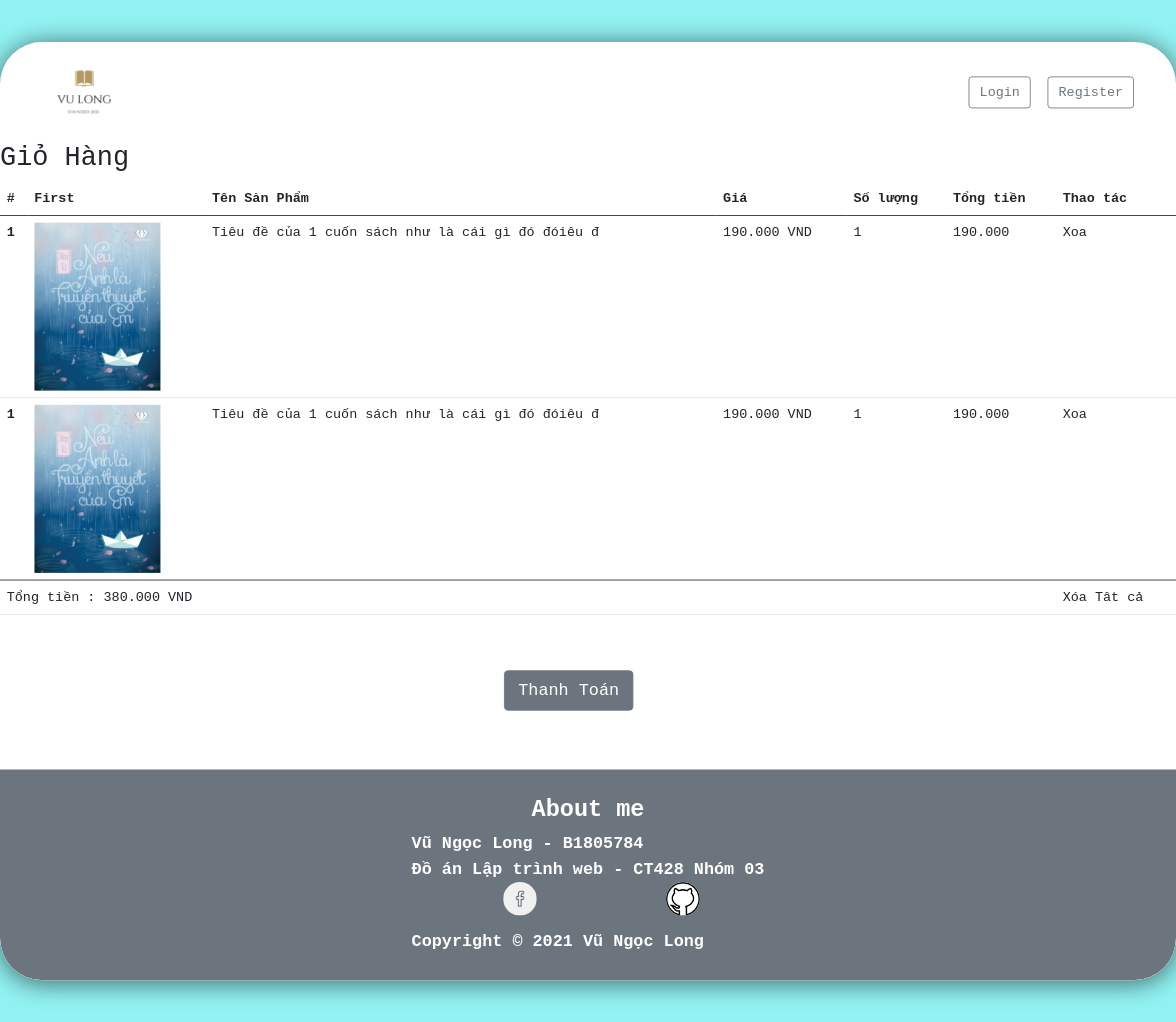
Repository: VuNgocLong2626/exercise_web_CT428
Page: VuNgocLongB1805784/user/giohang.html
The author's editor kept a copy of each file at every save. The page is drawn from the files as they stood at one save, then again after the next save.
The browser window is 1280 px wide. The page is 1400 px wide, so the pictures cover 1400 px, including what lies to the right of the window. The pictures show the whole page, at 84% of full size.

Above is the page before, as saved 2021-10-05 14:38:12.

After the next save:
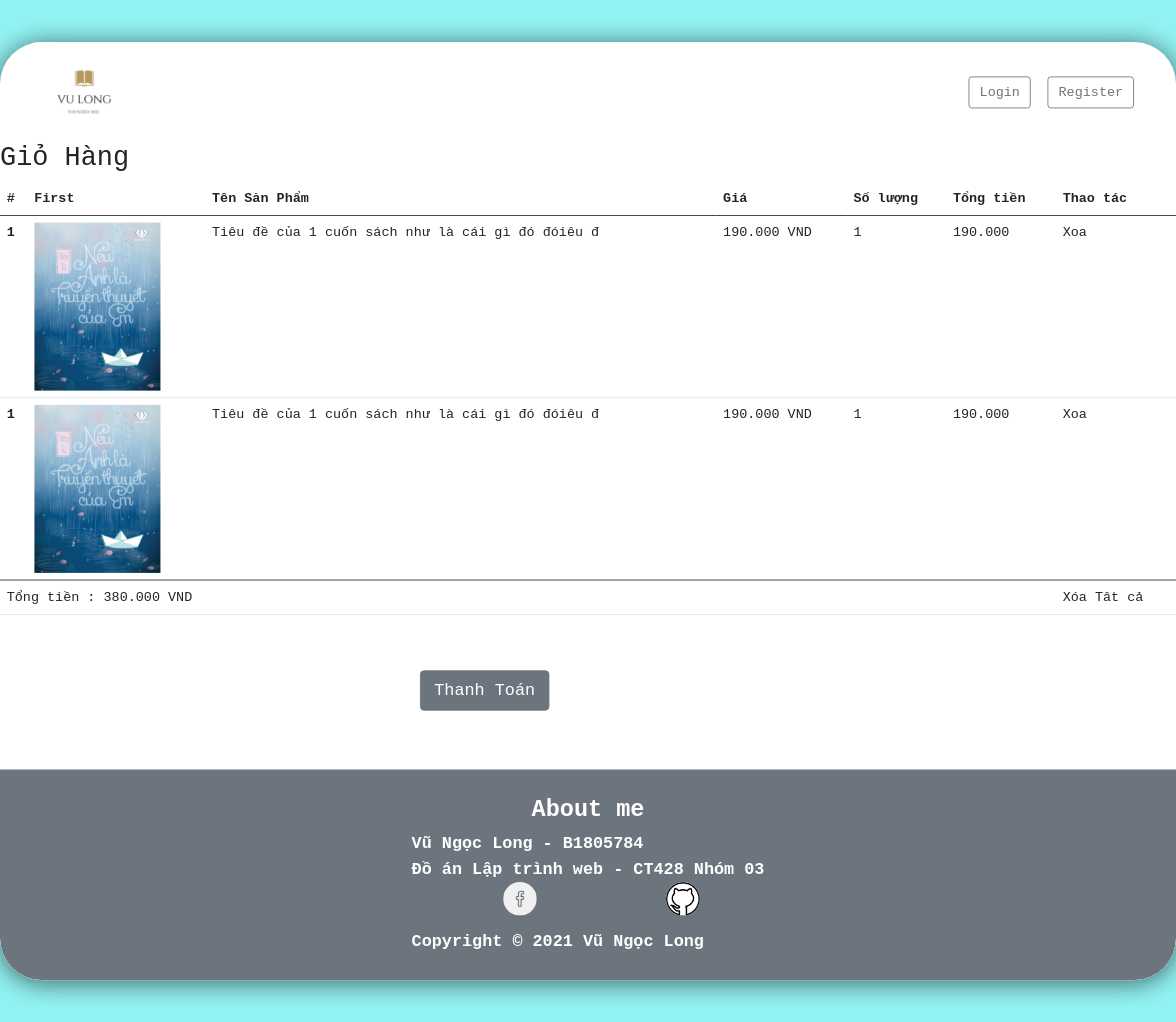
Saved 13 s later.
--- a/VuNgocLongB1805784/user/giohang.html
+++ b/VuNgocLongB1805784/user/giohang.html
@@ -57,7 +57,7 @@
                     <td>Xóa Tât cả</td>
                 </tr>
             </table>
-            <a href="#" class="btn btn-secondary btn-lg" style="margin: 50px 600px;">Thanh Toán</a>
+            <a href="#" class="btn btn-secondary btn-lg" style="margin: 50px 500px;">Thanh Toán</a>
         </div>
 
         <footer>
